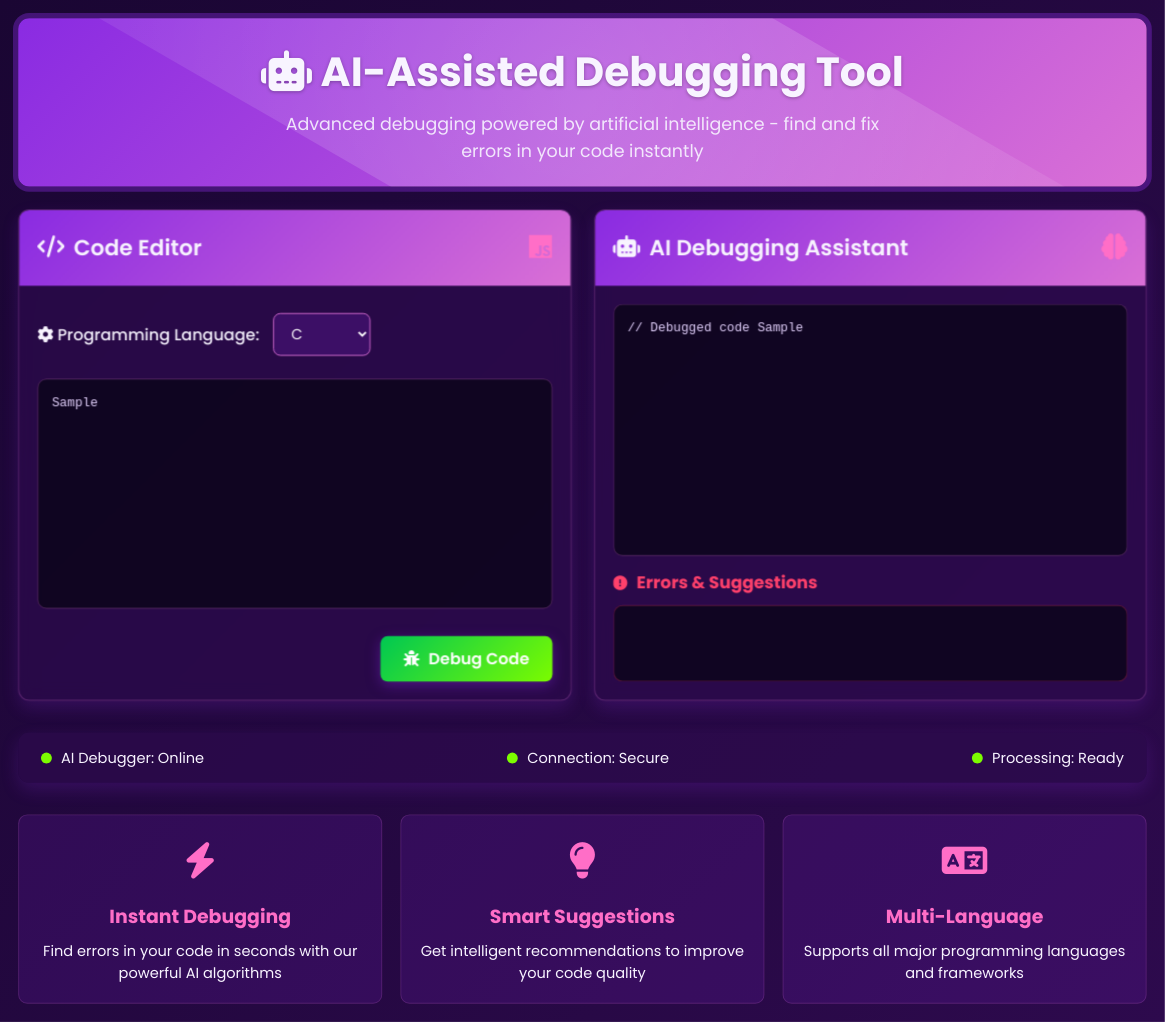
Repository: ujjwalkathait/AI-Asissted_Debugging_tool
Page: Frontend/public/index.html
The author's editor kept a copy of each file at every save. The page is drawn from the files as they stood at one save, then again after a run of saves.
The browser window is 1280 px wide. The pictures show the whole page, at 91% of full size.
Empty fields were first filled with sample values (such as "Sample", 5 or name@example.com).
After loading, the first visible `#debug-button` was clicked once.
The page's requests for data from a server got no answer.

Above is the page before, as saved 2025-06-23 12:38:47.

### Frontend/public/index.html
<!DOCTYPE html>
<html lang="en">
<head>
    <meta charset="UTF-8">
    <meta name="viewport" content="width=device-width, initial-scale=1.0">
    <title>AI-Assisted Debugging Tool</title>
    <link href="https://fonts.googleapis.com/css2?family=Poppins:wght@300;400;500;600;700&display=swap" rel="stylesheet">
    <link rel="stylesheet" href="https://cdnjs.cloudflare.com/ajax/libs/font-awesome/6.4.0/css/all.min.css">
    <style>
        :root {
            --primary: #8A2BE2;
            --secondary: #DA70D6;
            --accent: #FF6EC7;
            --dark: #2D0A4D;
            --light: #F8F4FF;
            --text: #4A2A7C;
            --success: #7CFC00;
            --error: #FF416C;
            --border-radius: 12px;
            --transition: all 0.3s ease;
            --box-shadow: 0 8px 20px rgba(138, 43, 226, 0.2);
            --gradient: linear-gradient(135deg, var(--primary), var(--secondary));
        }

        * {
            margin: 0;
            padding: 0;
            box-sizing: border-box;
            font-family: 'Poppins', sans-serif;
        }

        body {
            background: linear-gradient(135deg, #1a0633, #2d0a4d);
            color: var(--light);
            min-height: 100vh;
            padding: 20px;
            display: flex;
            justify-content: center;
            align-items: center;
        }

        .container {
            width: 100%;
            max-width: 1600px;
            display: flex;
            flex-direction: column;
            gap: 25px;
        }

        header {
            text-align: center;
            padding: 25px;
            background: var(--gradient);
            border-radius: var(--border-radius);
            box-shadow: var(--box-shadow);
            animation: pulse 3s infinite;
            position: relative;
            overflow: hidden;
        }

        header::before {
            content: "";
            position: absolute;
            top: -50%;
            left: -50%;
            width: 200%;
            height: 200%;
            background: radial-gradient(circle, rgba(255,255,255,0.2) 0%, rgba(255,255,255,0) 70%);
            transform: rotate(30deg);
        }

        header h1 {
            font-size: 2.8rem;
            font-weight: 700;
            margin-bottom: 10px;
            text-shadow: 0 2px 4px rgba(0,0,0,0.3);
            position: relative;
        }

        header p {
            font-size: 1.2rem;
            opacity: 0.9;
            max-width: 700px;
            margin: 0 auto;
            position: relative;
        }

        .main-content {
            display: flex;
            gap: 25px;
            height: 75vh;
        }

        .panel {
            background: rgba(45, 10, 77, 0.7);
            backdrop-filter: blur(10px);
            border-radius: var(--border-radius);
            box-shadow: var(--box-shadow);
            overflow: hidden;
            display: flex;
            flex-direction: column;
            border: 1px solid rgba(218, 112, 214, 0.3);
            flex: 1;
        }

        .panel-header {
            padding: 20px;
            background: var(--gradient);
            display: flex;
            justify-content: space-between;
            align-items: center;
        }

        .panel-title {
            font-size: 1.5rem;
            font-weight: 600;
            display: flex;
            align-items: center;
            gap: 10px;
        }

        .panel-body {
            padding: 20px;
            flex: 1;
            display: flex;
            flex-direction: column;
            overflow: hidden;
        }

        .editor-container {
            flex: 1;
            display: flex;
            flex-direction: column;
            gap: 15px;
        }

        .language-selector {
            display: flex;
            align-items: center;
            gap: 15px;
            padding: 10px 0;
        }

        .language-selector label {
            font-size: 1.1rem;
            font-weight: 500;
        }

        select {
            padding: 10px 15px;
            background: rgba(138, 43, 226, 0.2);
            border: 1px solid var(--secondary);
            border-radius: 8px;
            color: white;
            font-size: 1rem;
            cursor: pointer;
            transition: var(--transition);
            outline: none;
        }

        select:focus {
            box-shadow: 0 0 0 3px rgba(218, 112, 214, 0.4);
        }

        .code-editor {
            flex: 1;
            background: rgba(10, 5, 25, 0.8);
            border-radius: 10px;
            border: 1px solid rgba(218, 112, 214, 0.3);
            padding: 15px;
            font-family: 'Courier New', monospace;
            font-size: 14px;
            color: #E6D4FF;
            line-height: 1.5;
            resize: none;
            transition: var(--transition);
        }

        .code-editor:focus {
            border-color: var(--accent);
            box-shadow: 0 0 0 3px rgba(255, 110, 199, 0.2);
        }

        .debug-btn {
            padding: 12px 25px;
            background: var(--gradient);
            color: white;
            border: none;
            border-radius: 8px;
            font-size: 1.1rem;
            font-weight: 600;
            cursor: pointer;
            transition: var(--transition);
            display: flex;
            align-items: center;
            justify-content: center;
            gap: 10px;
            margin-top: 15px;
            align-self: flex-end;
            box-shadow: 0 4px 15px rgba(138, 43, 226, 0.4);
        }

        .debug-btn:hover {
            transform: translateY(-3px);
            box-shadow: 0 6px 20px rgba(138, 43, 226, 0.6);
        }

        .debug-btn:active {
            transform: translateY(1px);
        }

        .output-container {
            flex: 1;
            display: flex;
            flex-direction: column;
            gap: 15px;
            overflow: hidden;
        }

        .ai-output {
            flex: 1;
            background: rgba(10, 5, 25, 0.8);
            border-radius: 10px;
            border: 1px solid rgba(218, 112, 214, 0.3);
            padding: 15px;
            font-family: 'Courier New', monospace;
            font-size: 14px;
            color: #E6D4FF;
            line-height: 1.5;
            overflow-y: auto;
        }

        .error-container {
            flex: 0.5;
            display: flex;
            flex-direction: column;
            gap: 10px;
        }

        .error-header {
            display: flex;
            align-items: center;
            gap: 10px;
            color: var(--error);
        }

        .error-box {
            flex: 1;
            background: rgba(10, 5, 25, 0.8);
            border-radius: 10px;
            border: 1px solid rgba(255, 65, 108, 0.3);
            padding: 15px;
            font-family: 'Courier New', monospace;
            font-size: 14px;
            color: #FFA8BA;
            line-height: 1.5;
            overflow-y: auto;
        }

        .status-bar {
            display: flex;
            justify-content: space-between;
            padding: 15px 25px;
            background: rgba(45, 10, 77, 0.7);
            border-radius: var(--border-radius);
            box-shadow: var(--box-shadow);
            margin-top: 10px;
        }

        .status-item {
            display: flex;
            align-items: center;
            gap: 10px;
        }

        .status-indicator {
            width: 12px;
            height: 12px;
            border-radius: 50%;
            background: var(--success);
        }

        .status-indicator.error {
            background: var(--error);
        }

        .language-icon {
            font-size: 1.8rem;
            color: var(--accent);
        }

        .feature-grid {
            display: grid;
            grid-template-columns: repeat(3, 1fr);
            gap: 20px;
            margin-top: 10px;
        }

        .feature-card {
            background: rgba(138, 43, 226, 0.15);
            border-radius: 10px;
            padding: 20px;
            text-align: center;
            transition: var(--transition);
            border: 1px solid rgba(218, 112, 214, 0.2);
        }

        .feature-card:hover {
            transform: translateY(-5px);
            background: rgba(138, 43, 226, 0.25);
            box-shadow: 0 8px 20px rgba(138, 43, 226, 0.3);
        }

        .feature-icon {
            font-size: 2.5rem;
            color: var(--accent);
            margin-bottom: 15px;
        }

        .feature-card h3 {
            font-size: 1.3rem;
            margin-bottom: 10px;
            color: var(--accent);
        }

        /* Animations */
        @keyframes pulse {
            0% { box-shadow: 0 0 0 0 rgba(138, 43, 226, 0.6); }
            70% { box-shadow: 0 0 0 15px rgba(138, 43, 226, 0); }
            100% { box-shadow: 0 0 0 0 rgba(138, 43, 226, 0); }
        }

        @keyframes float {
            0% { transform: translateY(0px); }
            50% { transform: translateY(-10px); }
            100% { transform: translateY(0px); }
        }

        .floating {
            animation: float 3s ease-in-out infinite;
        }

        /* Scrollbar styling */
        ::-webkit-scrollbar {
            width: 8px;
        }

        ::-webkit-scrollbar-track {
            background: rgba(45, 10, 77, 0.3);
            border-radius: 4px;
        }

        ::-webkit-scrollbar-thumb {
            background: var(--secondary);
            border-radius: 4px;
        }

        ::-webkit-scrollbar-thumb:hover {
            background: var(--accent);
        }

        /* Responsive design */
        @media (max-width: 1200px) {
            .main-content {
                flex-direction: column;
                height: auto;
            }

            .feature-grid {
                grid-template-columns: repeat(2, 1fr);
            }
        }

        @media (max-width: 768px) {
            .feature-grid {
                grid-template-columns: 1fr;
            }

            header h1 {
                font-size: 2.2rem;
            }

            .panel-header {
                padding: 15px;
            }
        }
    </style>
</head>
<body>
    <div class="container">
        <header>
            <h1><i class="fas fa-robot"></i> AI-Assisted Debugging Tool</h1>
            <p>Advanced debugging powered by artificial intelligence - find and fix errors in your code instantly</p>
        </header>

        <div class="main-content">
            <div class="panel">
                <div class="panel-header">
                    <div class="panel-title">
                        <i class="fas fa-code floating"></i>
                        <span>Code Editor</span>
                    </div>
                    <div class="language-icon">
                        <i class="fab fa-js"></i>
                    </div>
                </div>
                <div class="panel-body">
                    <div class="editor-container">
                        <div class="language-selector">
                            <label for="language-select"><i class="fas fa-cog"></i> Programming Language:</label>
                            <select id="language-select">
                                <option>C</option>
                                <option>C++</option>
                                <option>Python</option>
                                <option>Java</option>
                            </select>
                        </div>
                        <textarea class="code-editor" id="code-input" placeholder="Enter your code here..."></textarea>
                        <button class="debug-btn" id="debug-button">
                            <i class="fas fa-bug"></i> Debug Code
                        </button>
                    </div>
                </div>
            </div>

            <div class="panel">
                <div class="panel-header">
                    <div class="panel-title">
                        <i class="fas fa-robot floating"></i>
                        <span>AI Debugging Assistant</span>
                    </div>
                    <div class="language-icon">
                        <i class="fas fa-brain"></i>
                    </div>
                </div>
                <div class="panel-body">
                    <div class="output-container">
                        <div class="ai-output" id="debug-output">
</div>

                        <div class="error-container">
                            <div class="error-header">
                                <i class="fas fa-exclamation-circle"></i>
                                <h3>Errors & Suggestions</h3>
                            </div>
                            <div class="error-box" id="error-output"></div>
                        </div>
                    </div>
                </div>
            </div>
        </div>

        <div class="status-bar">
            <div class="status-item">
                <div class="status-indicator"></div>
                <span>AI Debugger: Online</span>
            </div>
            <div class="status-item">
                <div class="status-indicator"></div>
                <span>Connection: Secure</span>
            </div>
            <div class="status-item">
                <div class="status-indicator"></div>
                <span>Processing: Ready</span>
            </div>
        </div>

        <div class="feature-grid">
            <div class="feature-card">
                <div class="feature-icon">
                    <i class="fas fa-bolt"></i>
                </div>
                <h3>Instant Debugging</h3>
                <p>Find errors in your code in seconds with our powerful AI algorithms</p>
            </div>
            <div class="feature-card">
                <div class="feature-icon">
                    <i class="fas fa-lightbulb"></i>
                </div>
                <h3>Smart Suggestions</h3>
                <p>Get intelligent recommendations to improve your code quality</p>
            </div>
            <div class="feature-card">
                <div class="feature-icon">
                    <i class="fas fa-language"></i>
                </div>
                <h3>Multi-Language</h3>
                <p>Supports all major programming languages and frameworks</p>
            </div>
        </div>
    </div>

    <script src="script.js"></script>
</body>
</html>

### Frontend/public/script.js
document.getElementById("debug-button").addEventListener("click", async () => {
    const code = document.getElementById("code-input").value;

    const response = await fetch("/debug", {
        method: "POST",
        headers: {
            "Content-Type": "application/json"
        },
        body: JSON.stringify({ code })
    });

    const output = await response.text();

    // Show the output somewhere - example using alert
    alert("Output:\n" + output);
});

document.addEventListener('DOMContentLoaded', function() {
    const debugBtn = document.getElementById('debug-button');
    const codeInput = document.getElementById('code-input');
    const debugOutput = document.getElementById('debug-output');
    const errorOutput = document.getElementById('error-output');
    const languageSelect = document.getElementById('language-select');
    const languageIcon = document.querySelector('.language-icon i');

    // Language icons mapping
    const languageIcons = {
        'JavaScript': 'fab fa-js',
        'Python': 'fab fa-python',
        'Java': 'fab fa-java',
        'C++': 'fas fa-c',
        'TypeScript': 'fas fa-code',
        'PHP': 'fab fa-php',
        'Ruby': 'fas fa-gem'
    };

    // Update language icon when selection changes
    languageSelect.addEventListener('change', function() {
        const lang = this.value;
        languageIcon.className = languageIcons[lang] || 'fas fa-code';
    });

    // Debug button functionality
    debugBtn.addEventListener('click', function() {
        // Add loading animation
        debugBtn.innerHTML = '<i class="fas fa-spinner fa-spin"></i> Debugging...';
        debugBtn.disabled = true;

        // Simulate AI processing
        setTimeout(() => {
            // In a real app, this would be an API call to an AI service

            // Update UI with "results"
            debugOutput.textContent = `// Debugged code\n${codeInput.value.replace('<= arr.length', '< arr.length')}`;

            // Add more detailed error analysis
            errorOutput.innerHTML = '';
            // Reset button
            debugBtn.innerHTML = '<i class="fas fa-bug"></i> Debug Code';
            debugBtn.disabled = false;

            // Add visual feedback
            debugBtn.style.background = 'linear-gradient(135deg, #00c853, #7cfc00)';
            setTimeout(() => {
                debugBtn.style.background = 'var(--gradient)';
            }, 2000);
        }, 1500);
    });

    // Add example code when clicking in the editor
    codeInput.addEventListener('click', function() {
        if (this.value === '') {
            this.value = '';
        }
    });
    });

After the next 3 saves:
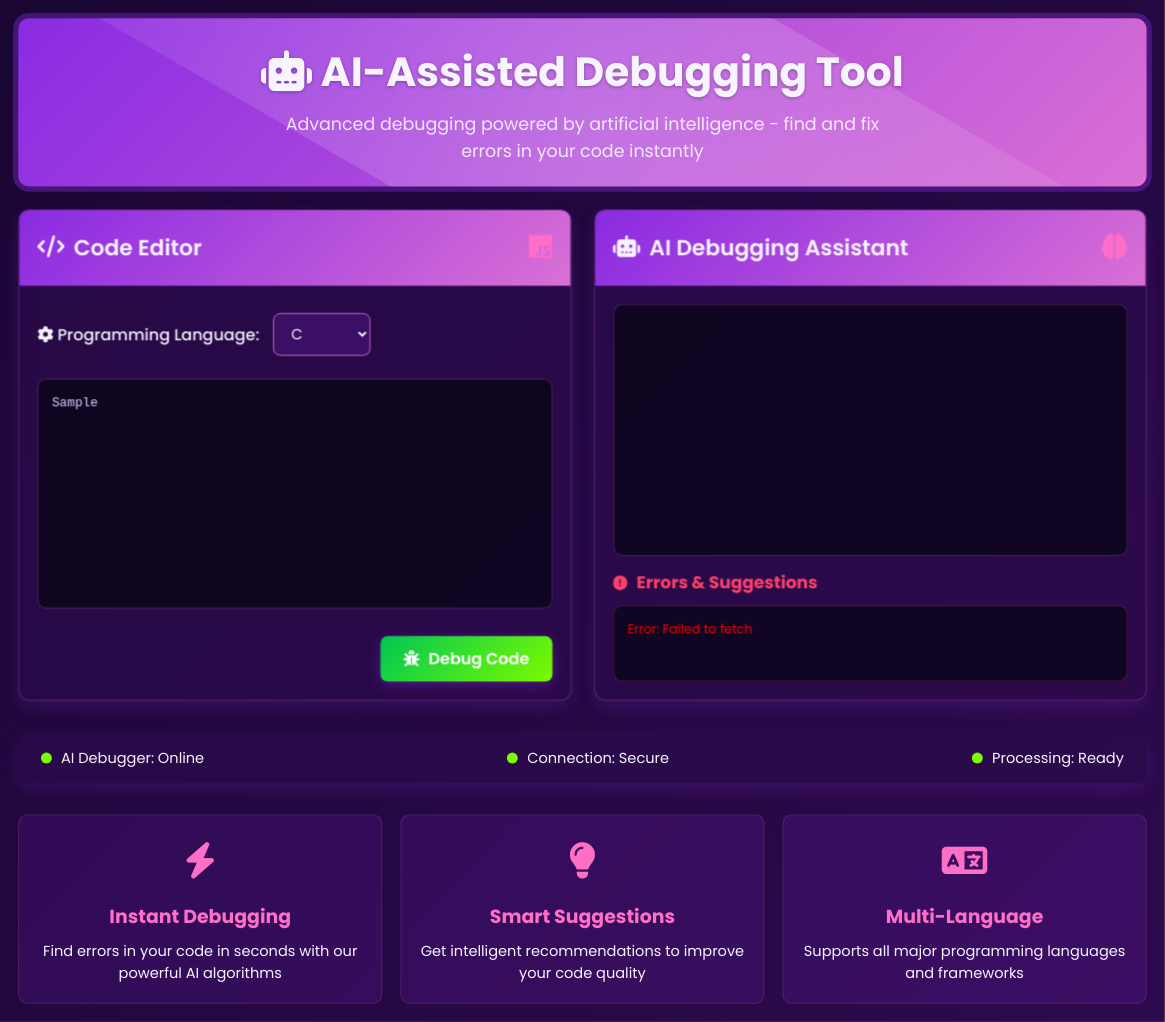
The 3 saves are shown as one change because they came seconds apart.
The last was saved 3 h 59 min later.
--- a/Frontend/public/script.js
+++ b/Frontend/public/script.js
@@ -1,21 +1,85 @@
-document.getElementById("debug-button").addEventListener("click", async () => {
-    const code = document.getElementById("code-input").value;
+// document.getElementById("debug-button").addEventListener("click", async () => {
+//     const code = document.getElementById("code-input").value;
 
-    const response = await fetch("/debug", {
-        method: "POST",
-        headers: {
-            "Content-Type": "application/json"
-        },
-        body: JSON.stringify({ code })
-    });
+//     const response = await fetch("/debug", {
+//         method: "POST",
+//         headers: {
+//             "Content-Type": "application/json"
+//         },
+//         body: JSON.stringify({ code })
+//     });
 
-    const output = await response.text();
+//     const output = await response.text();
 
-    // Show the output somewhere - example using alert
-    alert("Output:\n" + output);
-});
+//     // Show the output somewhere - example using alert
+//     alert("Output:\n" + output);
+// });
 
-document.addEventListener('DOMContentLoaded', function() {
+// document.addEventListener('DOMContentLoaded', function() {
+//     const debugBtn = document.getElementById('debug-button');
+//     const codeInput = document.getElementById('code-input');
+//     const debugOutput = document.getElementById('debug-output');
+//     const errorOutput = document.getElementById('error-output');
+//     const languageSelect = document.getElementById('language-select');
+//     const languageIcon = document.querySelector('.language-icon i');
+
+//     // Language icons mapping
+//     const languageIcons = {
+//         'JavaScript': 'fab fa-js',
+//         'Python': 'fab fa-python',
+//         'Java': 'fab fa-java',
+//         'C++': 'fas fa-c',
+//         'TypeScript': 'fas fa-code',
+//         'PHP': 'fab fa-php',
+//         'Ruby': 'fas fa-gem'
+//     };
+
+//     // Update language icon when selection changes
+//     languageSelect.addEventListener('change', function() {
+//         const lang = this.value;
+//         languageIcon.className = languageIcons[lang] || 'fas fa-code';
+//     });
+
+//     // Debug button functionality
+//     debugBtn.addEventListener('click', function() {
+//         // Add loading animation
+//         debugBtn.innerHTML = '<i class="fas fa-spinner fa-spin"></i> Debugging...';
+//         debugBtn.disabled = true;
+
+//         // Simulate AI processing
+//         setTimeout(() => {
+//             // In a real app, this would be an API call to an AI service
+
+//             // Update UI with "results"
+//             debugOutput.textContent = `// Debugged code\n${codeInput.value.replace('<= arr.length', '< arr.length')}`;
+
+//             // Add more detailed error analysis
+//             errorOutput.innerHTML = '';
+//             // Reset button
+//             debugBtn.innerHTML = '<i class="fas fa-bug"></i> Debug Code';
+//             debugBtn.disabled = false;
+
+//             // Add visual feedback
+//             debugBtn.style.background = 'linear-gradient(135deg, #00c853, #7cfc00)';
+//             setTimeout(() => {
+//                 debugBtn.style.background = 'var(--gradient)';
+//             }, 2000);
+//         }, 1500);
+//     });
+
+//     // Add example code when clicking in the editor
+//     codeInput.addEventListener('click', function() {
+//         if (this.value === '') {
+//             this.value = '';
+//         }
+//     });
+//     });
+
+
+
+
+
+document.addEventListener('DOMContentLoaded', function () {
     const debugBtn = document.getElementById('debug-button');
     const codeInput = document.getElementById('code-input');
     const debugOutput = document.getElementById('debug-output');
@@ -29,32 +93,49 @@ document.addEventListener('DOMContentLoaded', function() {
         'Python': 'fab fa-python',
         'Java': 'fab fa-java',
         'C++': 'fas fa-c',
+        'C': 'fas fa-c',
         'TypeScript': 'fas fa-code',
         'PHP': 'fab fa-php',
         'Ruby': 'fas fa-gem'
     };
 
     // Update language icon when selection changes
-    languageSelect.addEventListener('change', function() {
+    languageSelect.addEventListener('change', function () {
         const lang = this.value;
         languageIcon.className = languageIcons[lang] || 'fas fa-code';
     });
 
     // Debug button functionality
-    debugBtn.addEventListener('click', function() {
+    debugBtn.addEventListener('click', async function () {
+        const code = codeInput.value;
+        const language = languageSelect.value;
+
         // Add loading animation
         debugBtn.innerHTML = '<i class="fas fa-spinner fa-spin"></i> Debugging...';
         debugBtn.disabled = true;
 
-        // Simulate AI processing
-        setTimeout(() => {
-            // In a real app, this would be an API call to an AI service
+        try {
+            const response = await fetch("/debug", {
+                method: "POST",
+                headers: {
+                    "Content-Type": "application/json"
+                },
+                body: JSON.stringify({ code, language })
+            });
 
-            // Update UI with "results"
-            debugOutput.textContent = `// Debugged code\n${codeInput.value.replace('<= arr.length', '< arr.length')}`;
+            if (!response.ok) {
+                throw new Error("Server error while debugging");
+            }
 
-            // Add more detailed error analysis
-            errorOutput.innerHTML = '';
+            const data = await response.json();
+
+            debugOutput.textContent = data.fixedCode || "// No code fix returned.";
+            errorOutput.innerHTML = data.errors
+                ? `<pre style="color:red;">${data.errors}</pre>`
+                : `<pre style="color:lightgreen;">No syntax errors detected.</pre>`;
+        } catch (err) {
+            errorOutput.innerHTML = `<pre style="color:red;">Error: ${err.message}</pre>`;
+        } finally {
             // Reset button
             debugBtn.innerHTML = '<i class="fas fa-bug"></i> Debug Code';
             debugBtn.disabled = false;
@@ -64,13 +145,13 @@ document.addEventListener('DOMContentLoaded', function() {
             setTimeout(() => {
                 debugBtn.style.background = 'var(--gradient)';
             }, 2000);
-        }, 1500);
+        }
     });
 
     // Add example code when clicking in the editor
-    codeInput.addEventListener('click', function() {
+    codeInput.addEventListener('click', function () {
         if (this.value === '') {
             this.value = '';
         }
     });
-    });
+});
